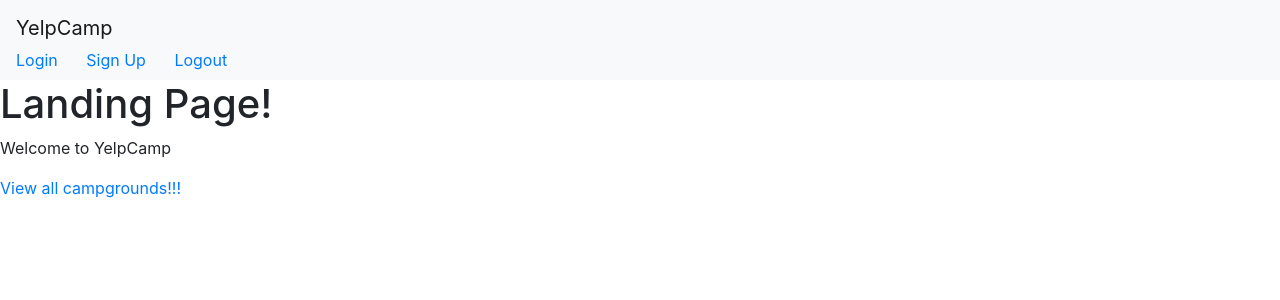
Repository: manojsatya/YelpCamp
Page: http://localhost/
These files come from the project's save history. The page is drawn as it stood at one moment and after the next save; the edit follows.
The browser window is 1280 px wide. The pictures show the whole page.
The page is served by the project's Node server (app.js).

Above is the page before, as saved 2019-06-14 19:51:35.
Console error: TypeError: Cannot read properties of undefined (reading 'fn')

After the next save:
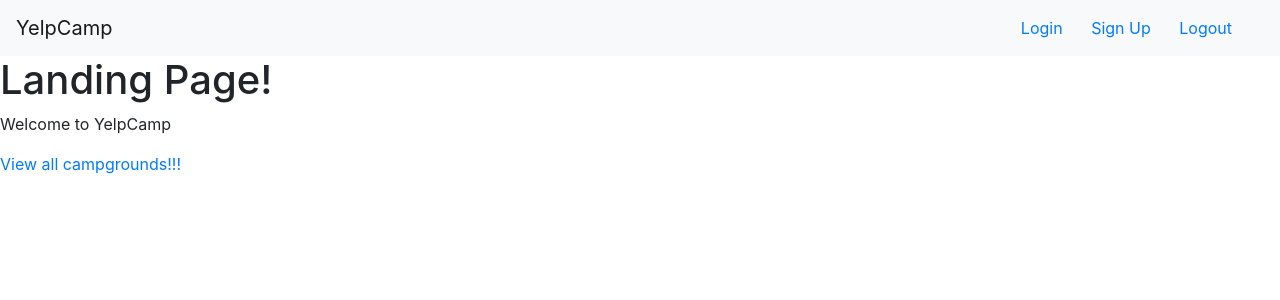
Saved 22 s later.
--- a/views/partials/header.ejs
+++ b/views/partials/header.ejs
@@ -10,7 +10,7 @@
 <body>
         <nav class="navbar navbar-light bg-light">
                 <a class = "navbar-brand" href="/">YelpCamp</a>
-                <div class="navbar-right mr-sm-2 navbar-collapse">
+                <div class="navbar-right mr-sm-2">
                     <a class = "mr-sm-4" href="">Login</a>
                     <a class = "mr-sm-4" href="">Sign Up</a>
                     <a class = "mr-sm-4" href="">Logout</a>
